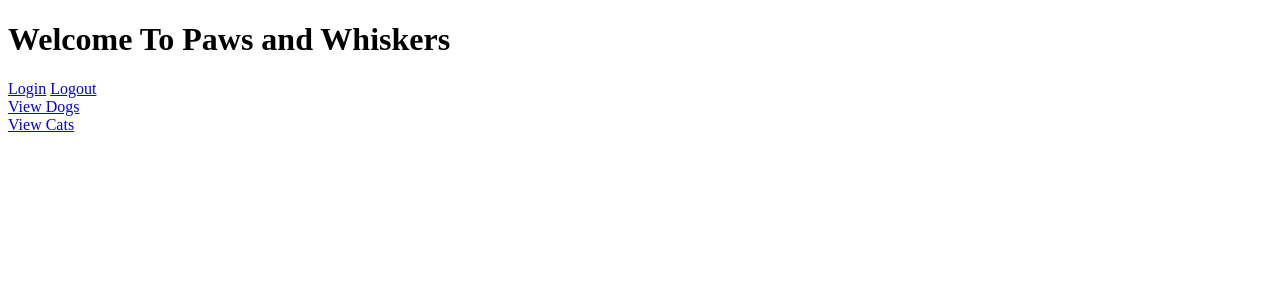
Repository: vimala-pydi/spring-pawsandwhiskers
Page: src/main/webapp/index.html
An editor plug-in stored every save of this project. The page is shown before and after the next save, followed by the edit.
The browser window is 1280 px wide. The pictures show the whole page.
The page's requests for data from a server got no answer.

Above is the page before, as saved 2023-08-14 17:11:46.

After the next save:
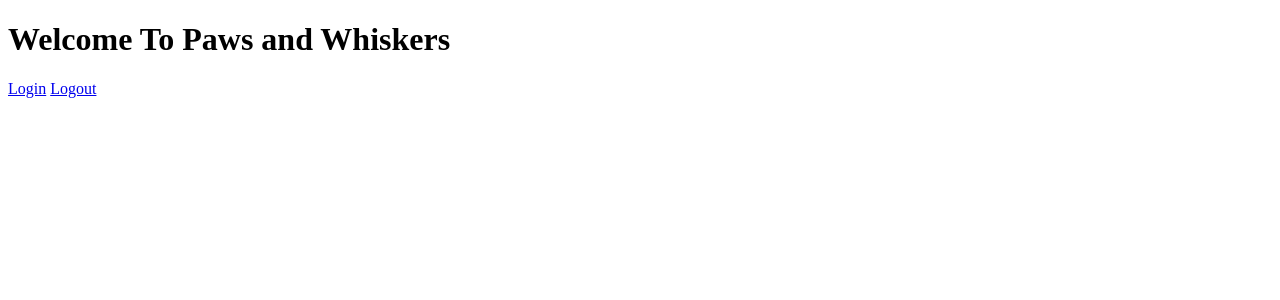
Console error: ReferenceError: loadImages is not defined
Saved 3 min 19 s later.
--- a/src/main/webapp/index.html
+++ b/src/main/webapp/index.html
@@ -1,40 +1,57 @@
 <!DOCTYPE html>
 <html>
-	<head>
-		<meta charset="ISO-8859-1">
-		<title>Welcome To Paws and Whiskers Web Application !!</title>
-		<script>
-			function loadImages() {
-			  var xhr = new XMLHttpRequest();
-			  xhr.open("GET", "/cats", true);
 
-			  xhr.onreadystatechange = function() {
-				if(xhr.readyState == 4 && xhr.status == 200) {
-				  var response = JSON.parse(xhr.responseText);
+<head>
+	<meta charset="ISO-8859-1">
+	<title>Welcome To Paws and Whiskers Web Application !!</title>
+	<script>
+		// Array of dog images
+		let dogs = [];
 
-				  var html = "";
-				  response.forEach(function(url) {
-					html += "<img src='" + url + "'>";
-				  });
+		// Array of cat images
+		let cats = [];
 
-				  document.getElementById("cats").innerHTML = html;
-				}
-			  }
-			  xhr.send();
-			}
-		  </script>
-	</head>
-	<body onload="loadImages()">
-		<h1>Welcome To Paws and Whiskers</h1>
-		<div id="auth">
-			<a href="login.html">Login</a>
-			<a href="LogoutServlet">Logout</a>
-		</div>
-		<div id="dogs">
-			<a href="dogs">View Dogs</a>
-		</div>
-		<div id="cats">
-			<a href="cats">View Cats</a>
-		</div>
-	</body>
+		// Load dog images
+		function loadDogs() {
+			// AJAX call to get dog images
+			dogs = response;
+		}
+
+		// Load cat images
+		function loadCats() {
+			// AJAX call to get cat images
+			cats = response;
+		}
+
+		// Display images
+		function displayImages() {
+
+			let dogHtml = "";
+			dogs.forEach(url => {
+				dogHtml += `<img src="${url}">`;
+			});
+
+			let catHtml = "";
+			cats.forEach(url => {
+				catHtml += `<img src="${url}">`;
+			});
+		}
+	</script>
+</head>
+
+<body onload="loadImages()">
+	<h1>Welcome To Paws and Whiskers</h1>
+	<div id="auth">
+		<a href="login.html">Login</a>
+		<a href="LogoutServlet">Logout</a>
+	</div>
+	<div id="gallery">
+
+		<div id="dogs"></div>
+
+		<div id="cats"></div>
+
+	</div>
+</body>
+
 </html>
